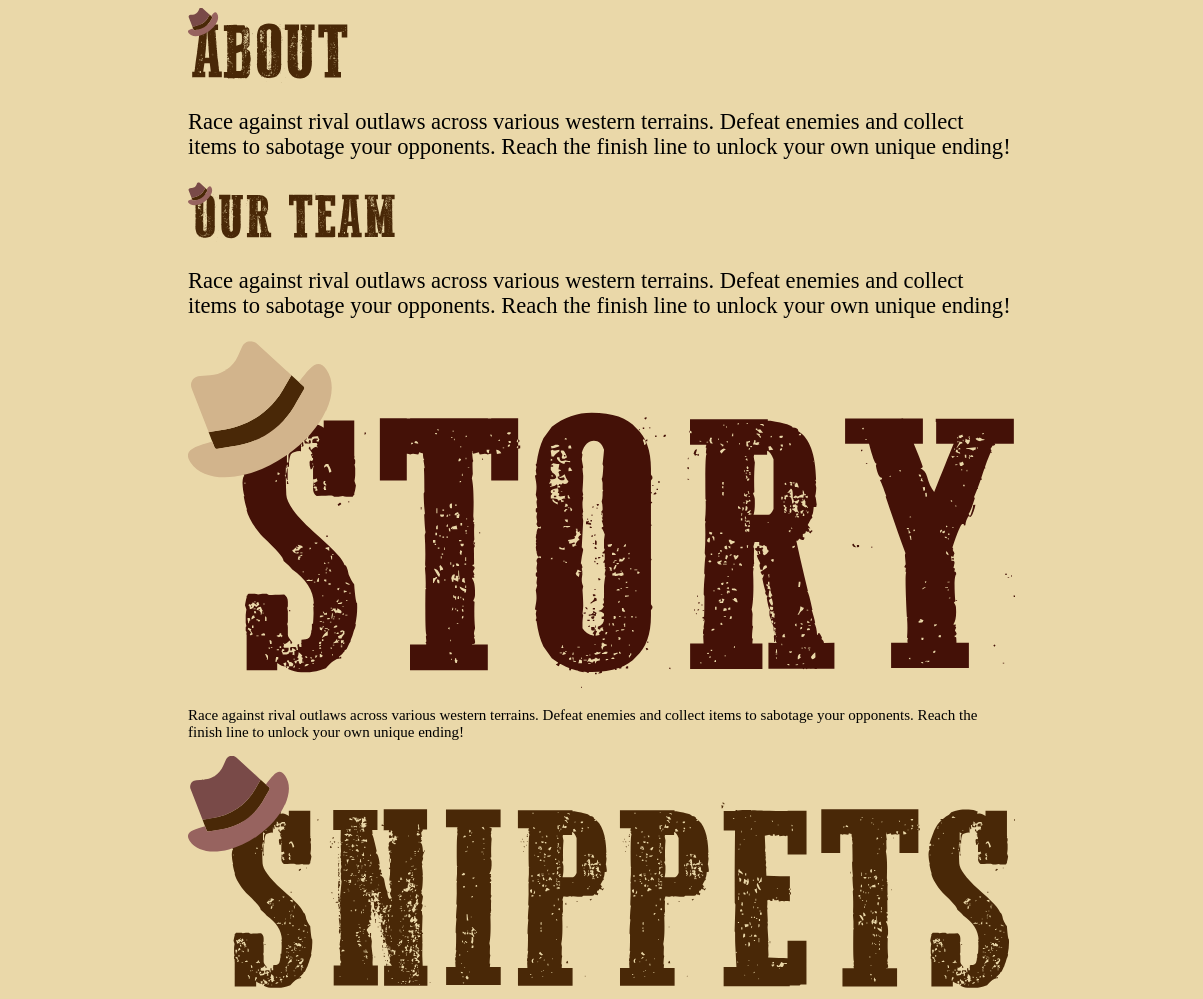
Repository: AlyssaHug/Bandit-Breakout
Page: index.html
The author's editor kept a copy of each file at every save. The page is drawn from the files as they stood at one save, then again after the next save.
The browser window is 1280 px wide. The pictures show the whole page, at 94% of full size.
Some web fonts or font styles are not loaded; a fallback is used.

Above is the page before, as saved 2025-05-06 14:08:41.

After the next save:
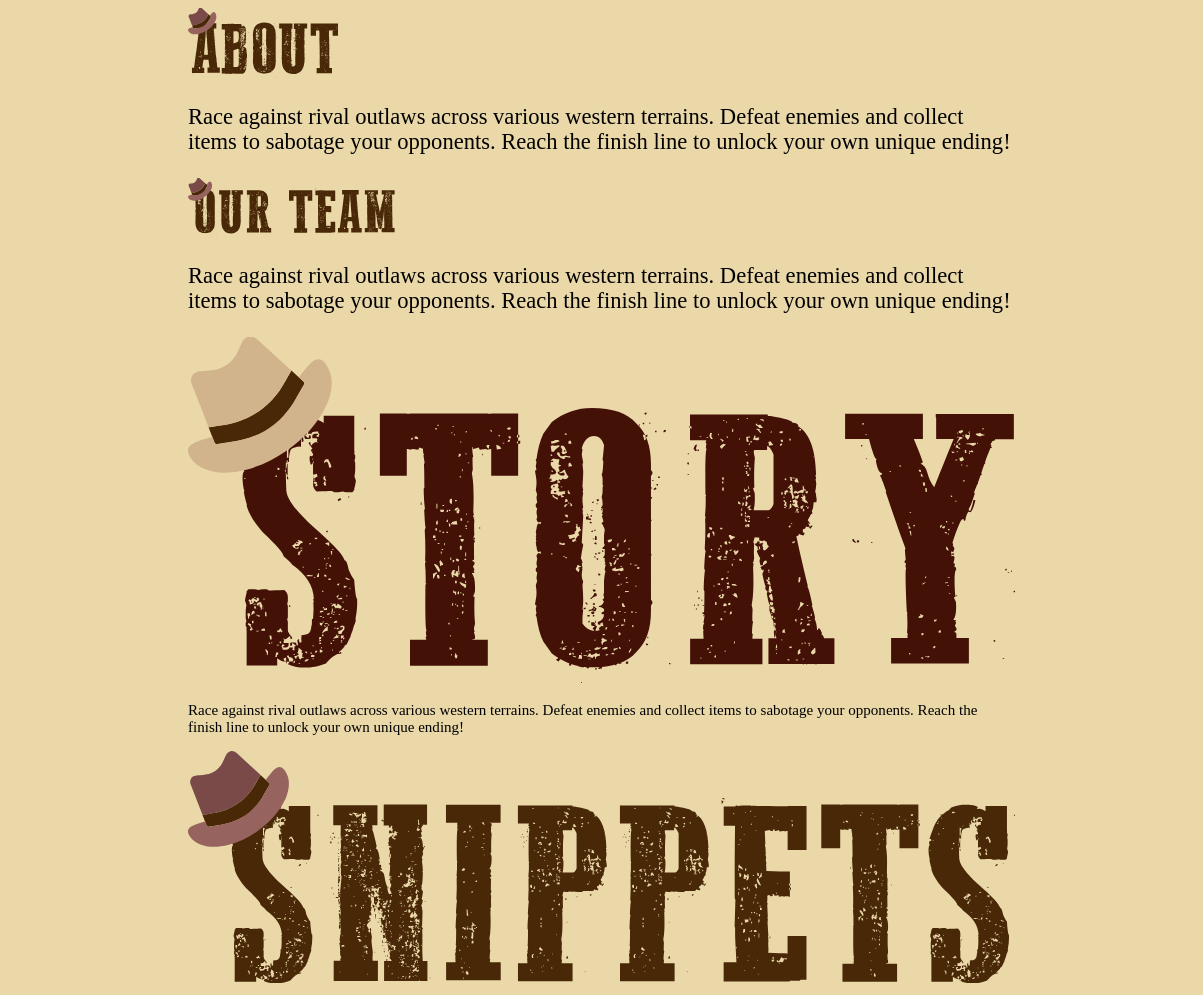
Saved 5 s later.
--- a/styles.css
+++ b/styles.css
@@ -28,7 +28,7 @@ html {
 }
 
 .about_section-heading {
-    height: 80px;
+    height: 75px;
 }
 .about_section-text {
     font-size: var(--font-size-h4);
